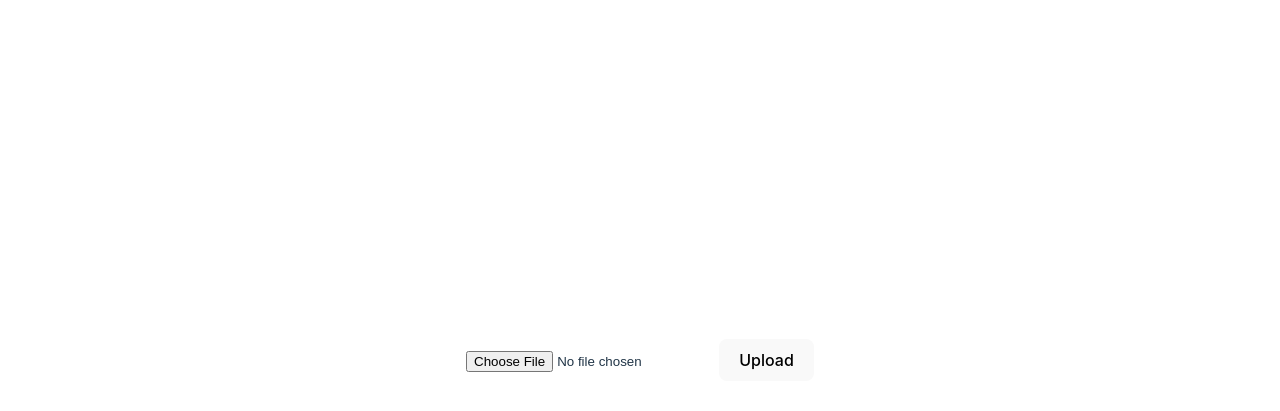
Repository: TinhTT336/MD02_Session14
Page: / (app in client/)
These files come from the project's save history. The page is drawn as it stood at one moment and after the next save; the edit follows.
The browser window is 1280 px wide. The pictures show the whole page.
The project was rebuilt for these pictures with package versions that can differ from the ones it lists, and the page was loaded fresh each time. Also part of the build but not shown: client/vite.config.js.

Above is the page before, as saved 2023-09-14 08:44:22.

### client/src/App.jsx

import './App.css'
import UploadSingleFile from './components/UploadSingleFile'

function App() {

  return (
    <>
      <UploadSingleFile />
    </>
  )
}

export default App

### client/src/components/UploadSingleFile.jsx
import React, { useState } from 'react'
import { storage } from "../firebase/configFirebase";
export default function UploadSingleFile() {
    const [imageUpload, setImageUpload] = useState(null);

    const handleUpload = (e) => {
        console.log(e.target.files[0]);
    }
    return (
        <>
            <input type="file" onChange={handleUpload} />
            <button>Upload</button>
        </>
    )
}

### client/src/firebase/configFirebase.js
import { initializeApp } from "firebase/app";
import { getStorage } from "firebase/storage";

const firebaseConfig = {
  apiKey: "AIzaSyD0Zt2OZZXnhp_y5Hbwztrgq-8yceFDboU",
  authDomain: "project-md02.firebaseapp.com",
  projectId: "project-md02",
  storageBucket: "project-md02.appspot.com",
  messagingSenderId: "1049986641086",
  appId: "1:1049986641086:web:83898ee5306dc048c982ef",
};

// Initialize Firebase - khoi tai firebase
const app = initializeApp(firebaseConfig);

//tao tham chieu den dich vu luu tru duoc su dung de tham chieu trong toan bo ung dung
const storage = getStorage(app);

// export ra ben ngoai de su dung
export { storage };

Loaded but not shown: client/index.html (common file); client/src/main.jsx (common file); client/src/index.css (common file); client/src/App.css (common file)

After the next save:
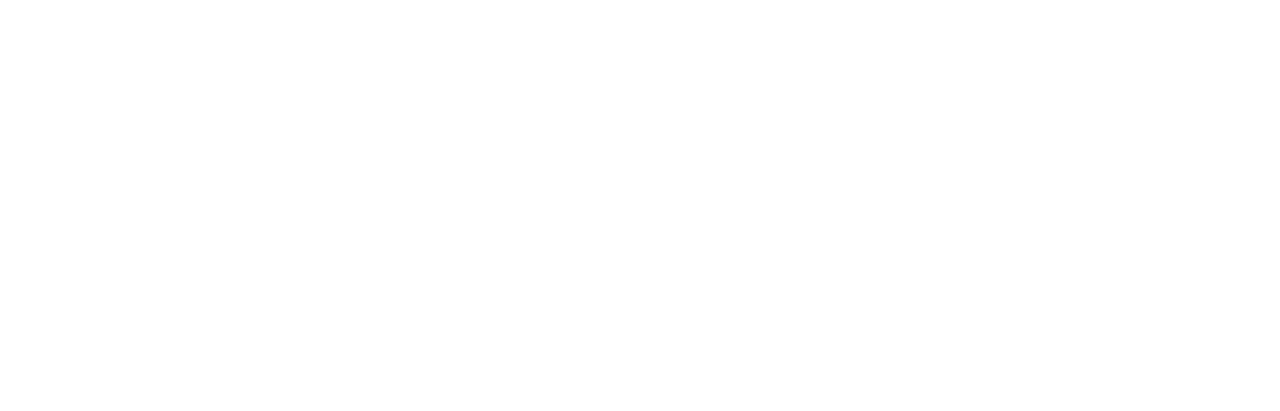
Console error: ReferenceError: handleSelected is not defined
Saved 30 s later.
--- a/client/src/components/UploadSingleFile.jsx
+++ b/client/src/components/UploadSingleFile.jsx
@@ -8,8 +8,8 @@
     }
     return (
         <>
-            <input type="file" onChange={handleUpload} />
-            <button>Upload</button>
+            <input type="file" onChange={handleSelected} />
+            <button onClick={handleUpload}>Upload</button>
         </>
     )
 }

After the 2 saves that followed:
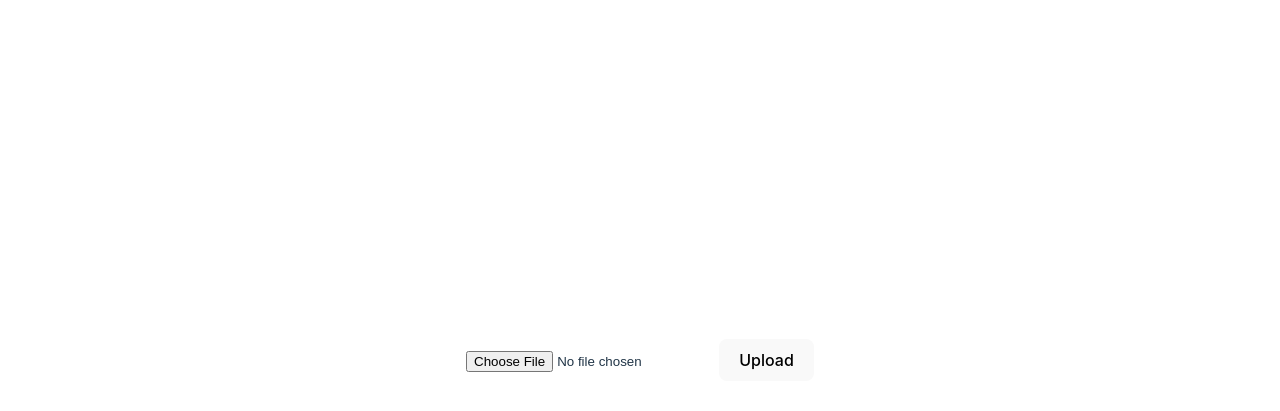
The error is gone.
The 2 saves are shown as one change because 1 left the picture as it was.
The last was saved 32 s later.
--- a/client/src/components/UploadSingleFile.jsx
+++ b/client/src/components/UploadSingleFile.jsx
@@ -3,12 +3,16 @@
 export default function UploadSingleFile() {
     const [imageUpload, setImageUpload] = useState(null);
 
-    const handleUpload = (e) => {
+    const handleSelectFiles = (e) => {
         console.log(e.target.files[0]);
+    }
+
+    const handleUpload = () => {
+
     }
     return (
         <>
-            <input type="file" onChange={handleSelected} />
+            <input type="file" onChange={handleSelectFiles} />
             <button onClick={handleUpload}>Upload</button>
         </>
     )
